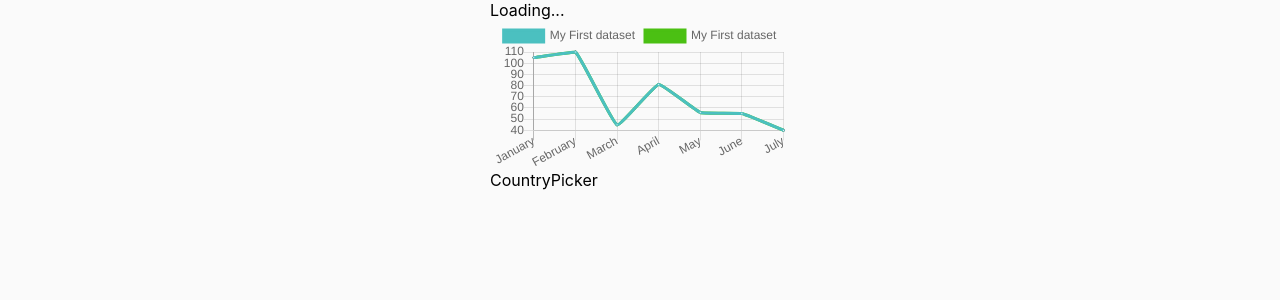
Repository: ranausama48/covid-tracker
Page: /
These files come from the project's save history. The page is drawn as it stood at one moment and after the next save; the edit follows.
The browser window is 1280 px wide. The pictures show the whole page.
The page's requests for data from a server got no answer. The project was rebuilt for these pictures with package versions that can differ from the ones it lists, and the page was loaded fresh each time. No one was signed in, and anything a server would have sent is missing. Also part of the build but not shown: src/components/Cards/Cards.jsx.

Above is the page before, as saved 2020-07-05 19:18:13.

### public/index.html
<!DOCTYPE html>
<html lang="en">
  <head>
    <meta charset="utf-8" />
    <link rel="icon" href="%PUBLIC_URL%/favicon.ico" />
    <meta name="viewport" content="width=device-width, initial-scale=1" />
    <meta name="theme-color" content="#000000" />
    <meta
      name="description"
      content="Web site created using create-react-app"
    />
    <!-- @material Ui links -->
    <link
      rel="stylesheet"
      href="https://fonts.googleapis.com/css?family=Roboto:300,400,500,700&display=swap"
    />
    <link
      rel="stylesheet"
      href="https://fonts.googleapis.com/icon?family=Material+Icons"
    />

    <link rel="apple-touch-icon" href="%PUBLIC_URL%/logo192.png" />
    <!--
      manifest.json provides metadata used when your web app is installed on a
      user's mobile device or desktop. See https://developers.google.com/web/fundamentals/web-app-manifest/
    -->
    <link rel="manifest" href="%PUBLIC_URL%/manifest.json" />
    <!--
      Notice the use of %PUBLIC_URL% in the tags above.
      It will be replaced with the URL of the `public` folder during the build.
      Only files inside the `public` folder can be referenced from the HTML.

      Unlike "/favicon.ico" or "favicon.ico", "%PUBLIC_URL%/favicon.ico" will
      work correctly both with client-side routing and a non-root public URL.
      Learn how to configure a non-root public URL by running `npm run build`.
    -->
    <title>React App</title>
  </head>
  <body>
    <noscript>You need to enable JavaScript to run this app.</noscript>
    <div id="root"></div>
    <!--
      This HTML file is a template.
      If you open it directly in the browser, you will see an empty page.

      You can add webfonts, meta tags, or analytics to this file.
      The build step will place the bundled scripts into the <body> tag.

      To begin the development, run `npm start` or `yarn start`.
      To create a production bundle, use `npm run build` or `yarn build`.
    -->
  </body>
</html>

### src/App.js
import React, { useEffect, useState } from "react";
import Cards from "./components/Cards/Cards";
import Charts from "./components/Charts/Charts";
import CountryPicker from "./components/CountryPicker/CountryPicker";
import { fetchData } from "./api";

import "./App.css";

function App() {
  const [state, setstate] = useState({ data: {} });
  useEffect(() => {
    async function getData() {
      const data = await fetchData();
      setstate({ data });
    }
    getData();
  }, []);
  const { data } = state;

  return (
    <div className="container">
      <div>
        <Cards data={data} />
        <Charts />
        <CountryPicker />
      </div>
    </div>
  );
}

export default App;

### src/components/Charts/Charts.jsx
import React from "react";
import { Line } from "react-chartjs-2";

const data = {
  labels: ["January", "February", "March", "April", "May", "June", "July"],
  datasets: [
    {
      label: "My First dataset",
      fill: false,
      lineTension: 0.1,
      backgroundColor: "rgba(75,192,192,0.4)",
      borderColor: "rgba(75,192,192,1)",
      borderCapStyle: "butt",
      borderDash: [],
      borderDashOffset: 0.0,
      borderJoinStyle: "miter",
      pointBorderColor: "rgba(75,192,192,1)",
      pointBackgroundColor: "#fff",
      pointBorderWidth: 1,
      pointHoverRadius: 5,
      pointHoverBackgroundColor: "rgba(75,192,192,1)",
      pointHoverBorderColor: "rgba(220,220,220,1)",
      pointHoverBorderWidth: 2,
      pointRadius: 1,
      pointHitRadius: 10,
      data: [105, 110, 45, 81, 56, 55, 40],
    },
    {
      label: "My First dataset",
      fill: false,
      lineTension: 0.1,
      backgroundColor: "red",
      borderColor: "rgba(75,192,19,5)",
      borderCapStyle: "butt",
      borderDash: [],
      borderDashOffset: 0.0,
      borderJoinStyle: "miter",
      pointBorderColor: "rgba(75,12,0,1)",
      pointBackgroundColor: "#fff",
      pointBorderWidth: 1,
      pointHoverRadius: 5,
      pointHoverBackgroundColor: "rgba(75,192,192,1)",
      pointHoverBorderColor: "rgba(220,220,220,1)",
      pointHoverBorderWidth: 2,
      pointRadius: 1,
      pointHitRadius: 10,
      data: [100, 59, 80, 81, 56, 55, 0],
    },
  ],
};
const Charts = () => {
  return (
    <div>
      <Line data={data} />
    </div>
  );
};

export default Charts;

### src/components/CountryPicker/CountryPicker.jsx
import React from "react";

const CountryPicker = () => {
  return <div>CountryPicker</div>;
};

export default CountryPicker;

### src/api/index.js
import axios from "axios";
const url = "https://covid19.mathdro.id/api";
export const fetchData = async () => {
  try {
    const { data } = await axios.get(url);
    const { confirmed, recovered, deaths, lastUpdate } = data;
    return {
      confirmed,
      recovered,
      deaths,
      lastUpdate,
    };
  } catch (error) {
    return error;
  }
};

### src/App.css
body {
  background-color: rgba(250, 250, 250);
}
.container {
  display: flex;
  justify-content: center;
  align-items: center;
}

Loaded but not shown: src/index.js (common file); src/index.css (common file); src/serviceWorker.js (common file)

After the next save:
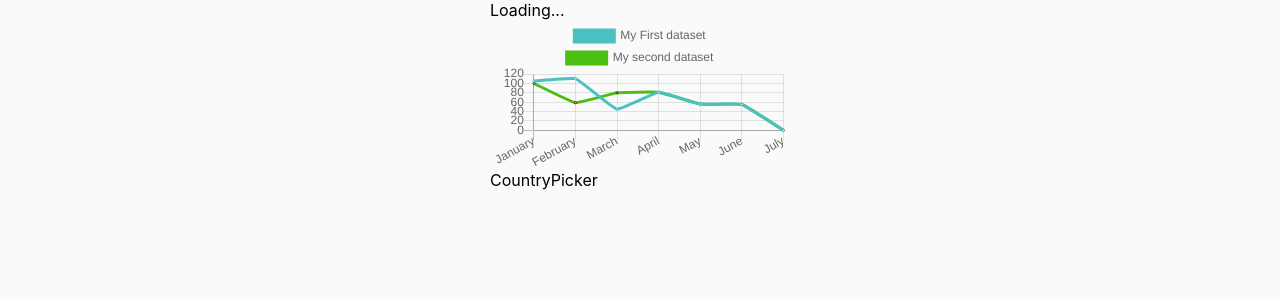
Saved 46 s later.
--- a/src/components/Charts/Charts.jsx
+++ b/src/components/Charts/Charts.jsx
@@ -23,10 +23,10 @@ const data = {
       pointHoverBorderWidth: 2,
       pointRadius: 1,
       pointHitRadius: 10,
-      data: [105, 110, 45, 81, 56, 55, 40],
+      data: [105, 110, 45, 81, 56, 55, 0],
     },
     {
-      label: "My First dataset",
+      label: "My second dataset",
       fill: false,
       lineTension: 0.1,
       backgroundColor: "red",
